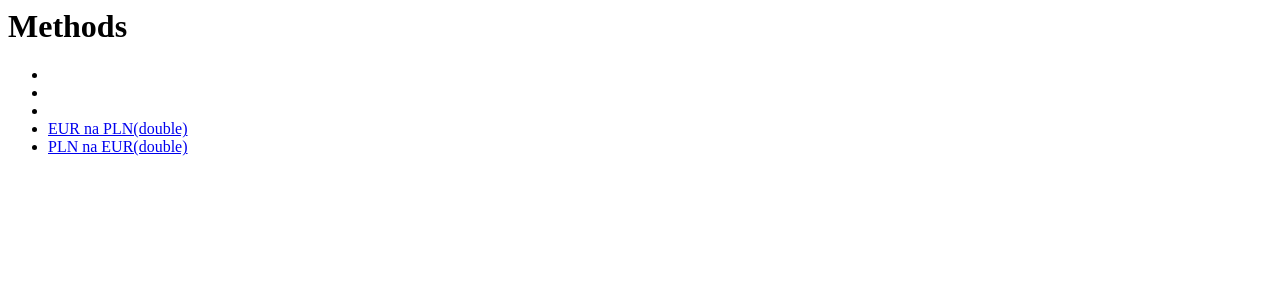
Repository: kuska-marcin/SRIR
Page: http://localhost/KantorWSClient/sampleKantorPrzeliczProxy/Method.jsp
These files come from the project's save history. The page is drawn as it stood at one moment and after the next save; the edit follows.
The browser window is 1280 px wide. The pictures show the whole page.
The page is served by Tomcat 9. Other server files are loaded and not shown.

Above is the page before, as saved 2016-01-12 22:19:59.

### KantorWSClient/WebContent/sampleKantorPrzeliczProxy/Method.jsp
<%@page contentType="text/html;charset=UTF-8"%><HTML>
<HEAD>
<TITLE>Methods</TITLE>
</HEAD>
<BODY>
<H1>Methods</H1>
<UL>
<LI><A HREF="Input.jsp?method=2" TARGET="inputs"></A></LI>
<LI><A HREF="Input.jsp?method=5" TARGET="inputs"></A></LI>
<LI><A HREF="Input.jsp?method=10" TARGET="inputs"></A></LI>
<LI><A HREF="Input.jsp?method=13" TARGET="inputs"> EUR na PLN(double)</A></LI>
<LI><A HREF="Input.jsp?method=18" TARGET="inputs"> PLN na EUR(double)</A></LI>
</UL>
</BODY>
</HTML>

After the next save:
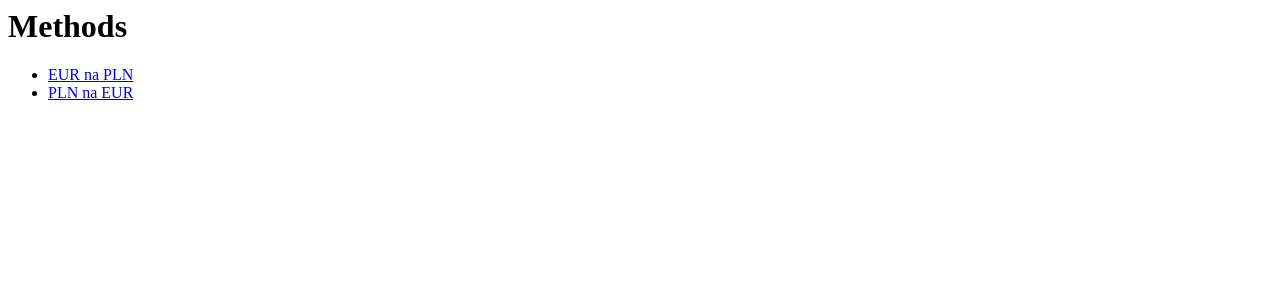
Saved 30 s later.
--- a/KantorWSClient/WebContent/sampleKantorPrzeliczProxy/Method.jsp
+++ b/KantorWSClient/WebContent/sampleKantorPrzeliczProxy/Method.jsp
@@ -5,11 +5,8 @@
 <BODY>
 <H1>Methods</H1>
 <UL>
-<LI><A HREF="Input.jsp?method=2" TARGET="inputs"></A></LI>
-<LI><A HREF="Input.jsp?method=5" TARGET="inputs"></A></LI>
-<LI><A HREF="Input.jsp?method=10" TARGET="inputs"></A></LI>
-<LI><A HREF="Input.jsp?method=13" TARGET="inputs"> EUR na PLN(double)</A></LI>
-<LI><A HREF="Input.jsp?method=18" TARGET="inputs"> PLN na EUR(double)</A></LI>
+<LI><A HREF="Input.jsp?method=13" TARGET="inputs"> EUR na PLN</A></LI>
+<LI><A HREF="Input.jsp?method=18" TARGET="inputs"> PLN na EUR</A></LI>
 </UL>
 </BODY>
 </HTML>
